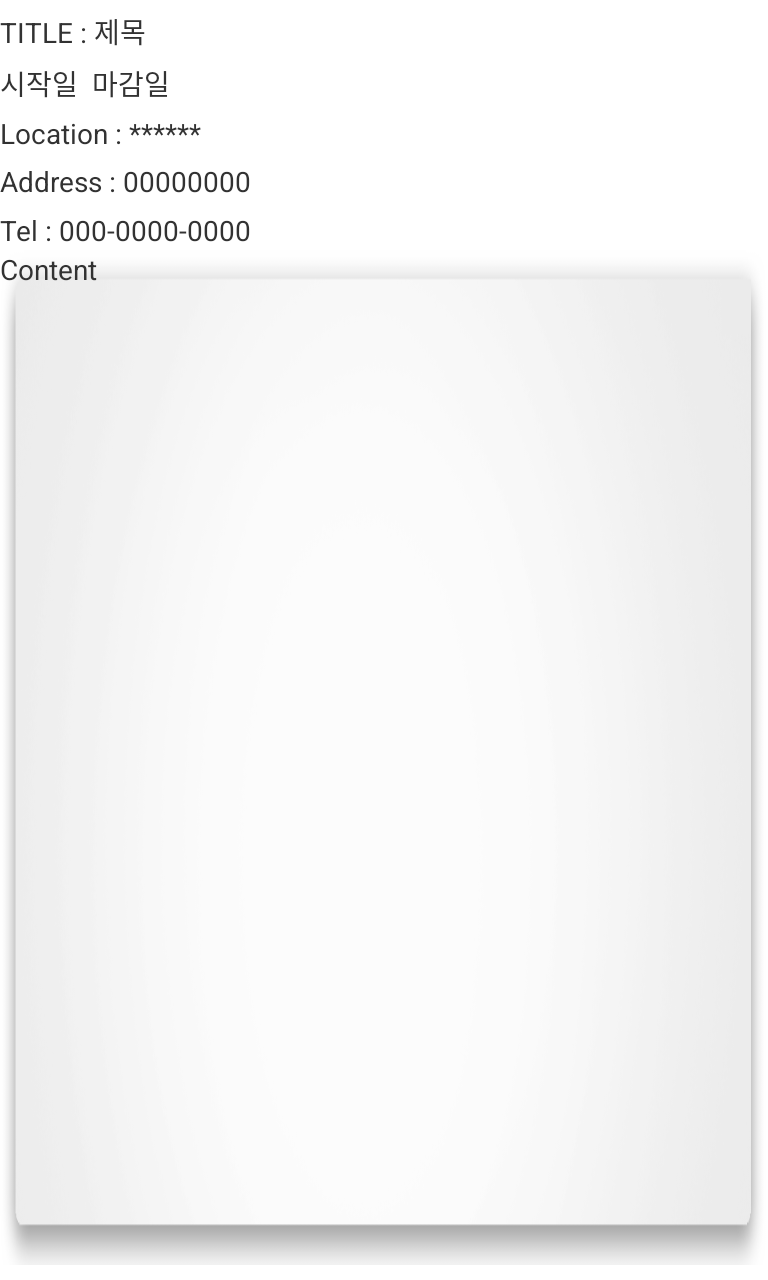
Repository: chlduq04/java
Layout: Culturemap/res/layout/detail.xml
These files come from the project's save history. The layout is drawn as it stood at one moment and after the next save; the edit follows.
It is drawn on a 768 x 1280 px phone screen (xhdpi) without system bars, with theme AppTheme; the app's code is not run.

Above is the layout before, as saved 2012-07-23 07:01:58.

### Culturemap/res/layout/detail.xml
<?xml version="1.0" encoding="utf-8"?>
<LinearLayout xmlns:android="http://schemas.android.com/apk/res/android"
    android:layout_width="match_parent"
    android:layout_height="match_parent"
    android:orientation="vertical" >

    <LinearLayout
        android:layout_width="match_parent"
        android:layout_height="wrap_content"
        android:layout_weight="0.15"
        android:orientation="vertical" >

        <LinearLayout
            android:layout_width="fill_parent"
            android:layout_height="wrap_content"
            android:layout_weight="1"
            android:paddingTop="5dip" >

            <TextView
                android:layout_width="wrap_content"
                android:layout_height="wrap_content"
                android:text="TITLE : " >
            </TextView>

            <TextView
                android:layout_width="wrap_content"
                android:layout_height="wrap_content"
                android:text="제목" >
            </TextView>
        </LinearLayout>

        <LinearLayout
            android:layout_width="fill_parent"
            android:layout_height="wrap_content"
            android:layout_weight="1"
            android:paddingTop="5dip" >

            <TextView
                android:layout_width="wrap_content"
                android:layout_height="wrap_content"
                android:text="시작일  " >
            </TextView>

            <TextView
                android:layout_width="wrap_content"
                android:layout_height="wrap_content"
                android:text="마감일" >
            </TextView>
        </LinearLayout>

        <LinearLayout
            android:layout_width="fill_parent"
            android:layout_height="wrap_content"
            android:layout_weight="1"
            android:paddingTop="5dip" >

            <TextView
                android:layout_width="wrap_content"
                android:layout_height="wrap_content"
                android:text="Location : " >
            </TextView>

            <TextView
                android:layout_width="wrap_content"
                android:layout_height="wrap_content"
                android:text="******" >
            </TextView>
        </LinearLayout>

        <LinearLayout
            android:layout_width="fill_parent"
            android:layout_height="wrap_content"
            android:layout_weight="1"
            android:paddingTop="5dip" >

            <TextView
                android:layout_width="wrap_content"
                android:layout_height="wrap_content"
                android:text="Address : " >
            </TextView>

            <TextView
                android:layout_width="wrap_content"
                android:layout_height="wrap_content"
                android:text="00000000" >
            </TextView>
        </LinearLayout>

        <LinearLayout
            android:layout_width="fill_parent"
            android:layout_height="wrap_content"
            android:layout_weight="1"
            android:paddingTop="5dip" >

            <TextView
                android:layout_width="wrap_content"
                android:layout_height="wrap_content"
                android:text="Tel : " >
            </TextView>

            <TextView
                android:layout_width="wrap_content"
                android:layout_height="wrap_content"
                android:text="000-0000-0000" >
            </TextView>
        </LinearLayout>
    </LinearLayout>

    <LinearLayout
        android:background="@drawable/contents"
        android:layout_width="match_parent"
        android:layout_height="wrap_content"
        android:layout_weight="6"
        android:orientation="vertical" >
        <TextView
            android:layout_width="fill_parent"
            android:layout_height="fill_parent"
            android:text="Content"
            >

        </TextView>
    </LinearLayout>

    <LinearLayout
        android:layout_width="match_parent"
        android:layout_height="wrap_content"
        android:layout_weight="0.8"
        android:orientation="vertical" >
    </LinearLayout>

</LinearLayout>

Loaded but not shown: Culturemap/res/values/styles.xml (common file)

After the next save:
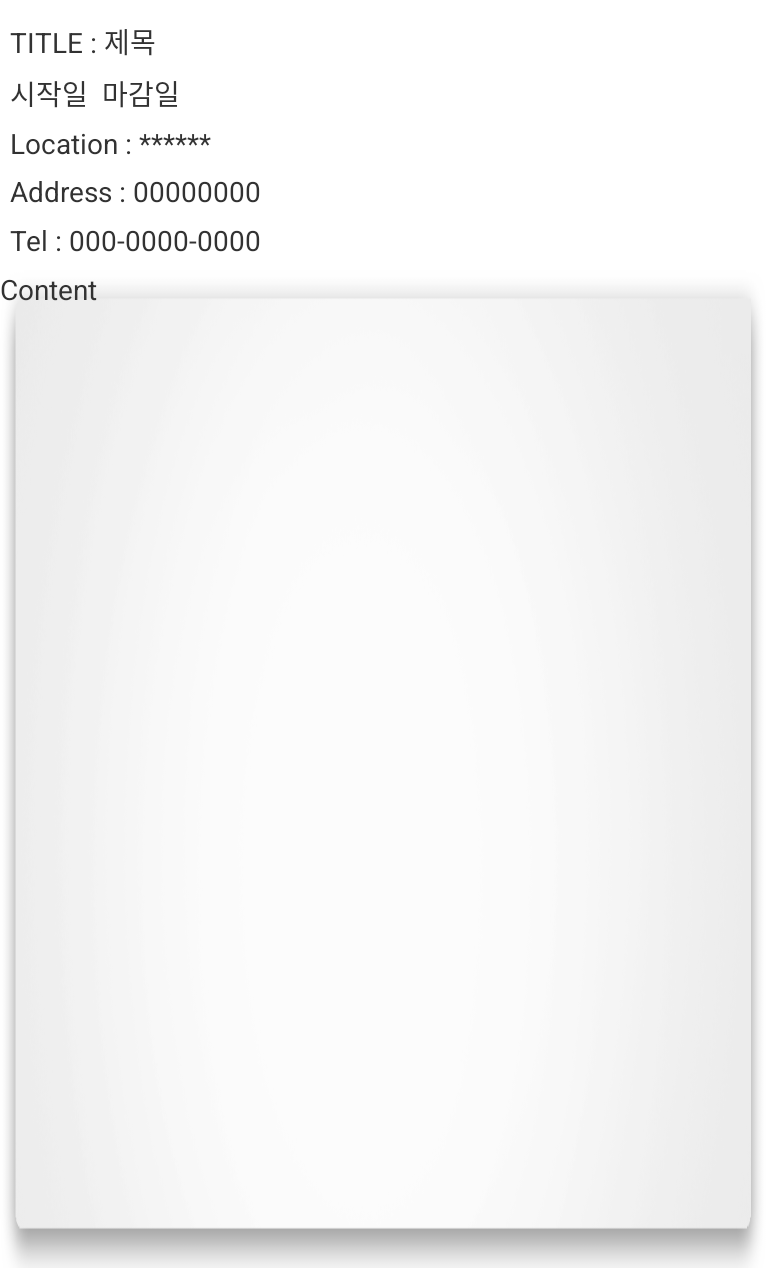
Saved 3 min 29 s later.
--- a/Culturemap/res/layout/detail.xml
+++ b/Culturemap/res/layout/detail.xml
@@ -5,6 +5,7 @@
     android:orientation="vertical" >
 
     <LinearLayout
+        android:padding="5dip"
         android:layout_width="match_parent"
         android:layout_height="wrap_content"
         android:layout_weight="0.15"
@@ -107,17 +108,16 @@
     </LinearLayout>
 
     <LinearLayout
-        android:background="@drawable/contents"
         android:layout_width="match_parent"
         android:layout_height="wrap_content"
         android:layout_weight="6"
+        android:background="@drawable/contents"
         android:orientation="vertical" >
+
         <TextView
             android:layout_width="fill_parent"
             android:layout_height="fill_parent"
-            android:text="Content"
-            >
-
+            android:text="Content" >
         </TextView>
     </LinearLayout>
 
